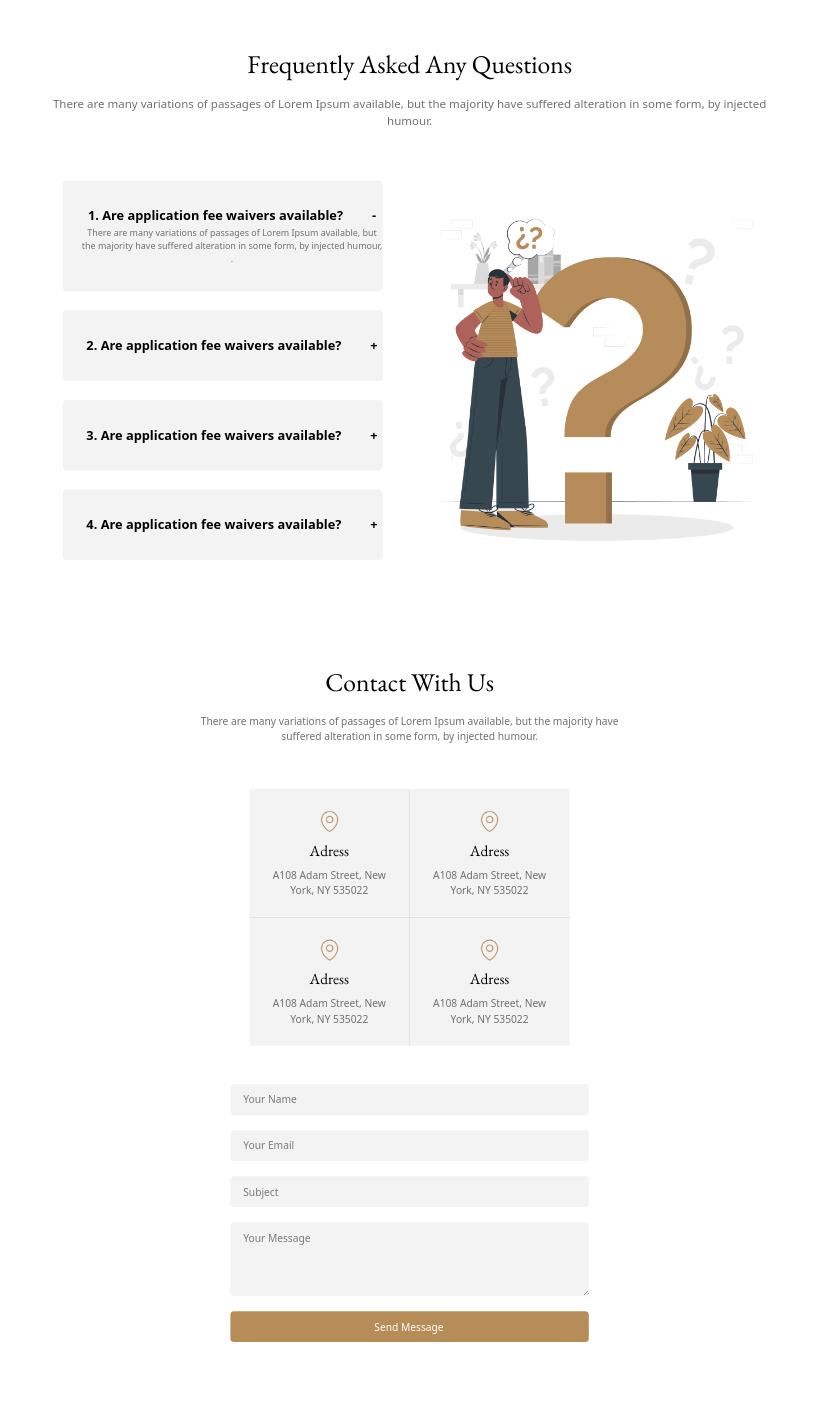
Repository: nahid-hasann/website-6
Page: index.html
The author's editor kept a copy of each file at every save. The page is drawn from the files as they stood at one save, then again after a run of saves.
The browser window is 1280 px wide. The pictures show the whole page, at 64% of full size.

Above is the page before, as saved 2025-07-22 22:36:39.

After the next 3 saves:
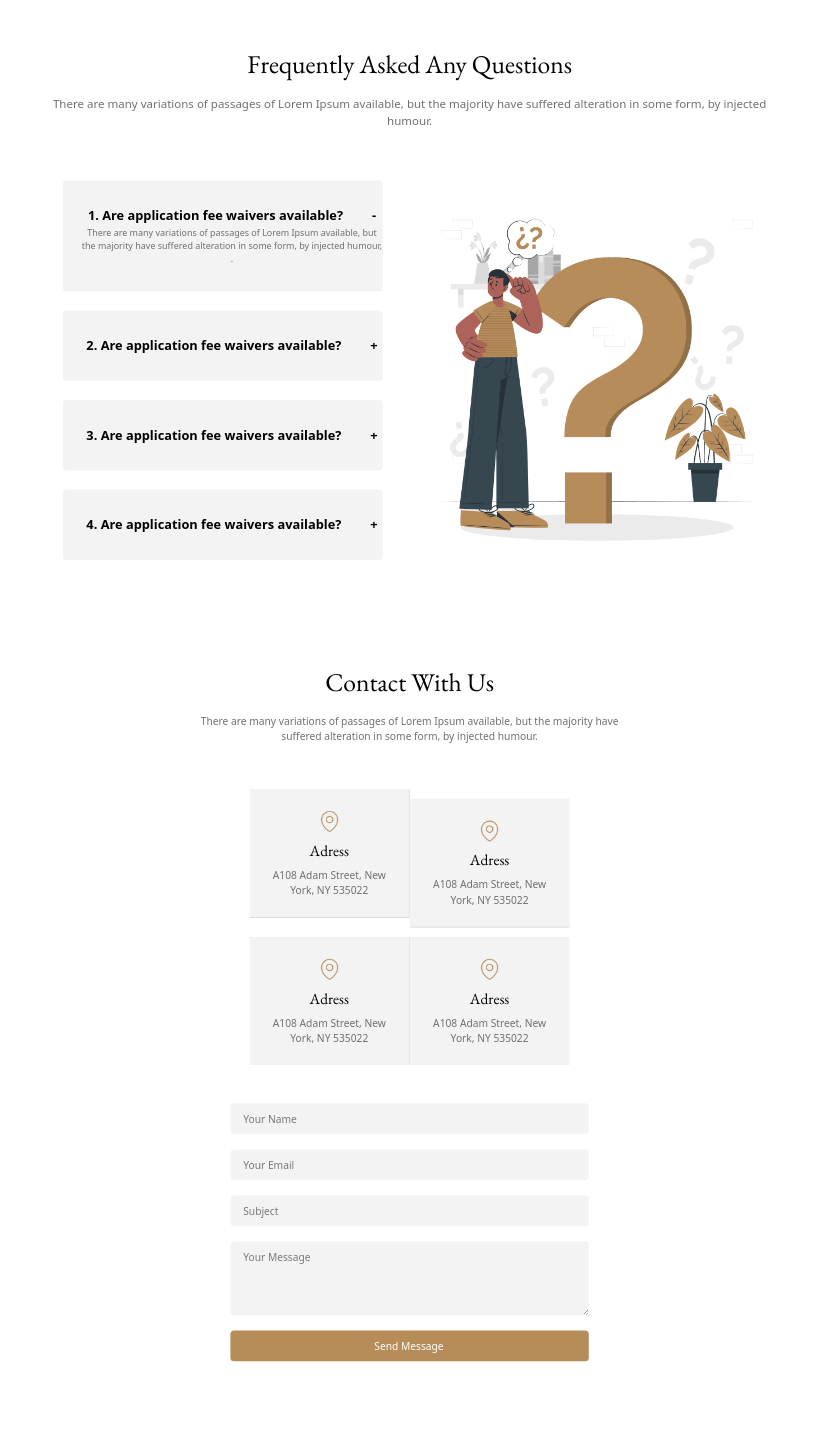
The 3 saves are shown as one change because they came seconds apart.
The last was saved 13 s later.
--- a/index.html
+++ b/index.html
@@ -132,7 +132,7 @@
             <div class="contact lg:flex lg:flex-col lg:justify-center lg:items-center lg:mx-auto  sm:flex sm:flex-col sm:justify-center sm:items-center mt-[70px]">
 
                  <div class="contact-info lg:grid lg:grid-cols-2 lg:mb-[60px] lg:justify-center lg:items-center lg:my-auto sm:w-[500px] sm:flex sm:justify-center sm:items-center sm:flex-col">
-                <div class="bg-[#f3f3f3]  p-[30px] flex flex-col justify-center items-center text-center lg:border-b lg:border-r lg:border-[#CFCFCF]">
+                <div class="bg-[#f3f3f3]  p-[30px] flex flex-col justify-center items-center text-center lg:border-b lg:border-r lg:border-[#CFCFCF] sm:mb-[30px]">
                     <img class="mx-auto" src="images/location.png" alt="">
                     <h1 class="eb-garamond-ok text-[24px] my-[8px]">Adress</h1>
                     <p class="text-[#707070]">A108 Adam Street, New York, NY 535022</p>

After the save that followed:
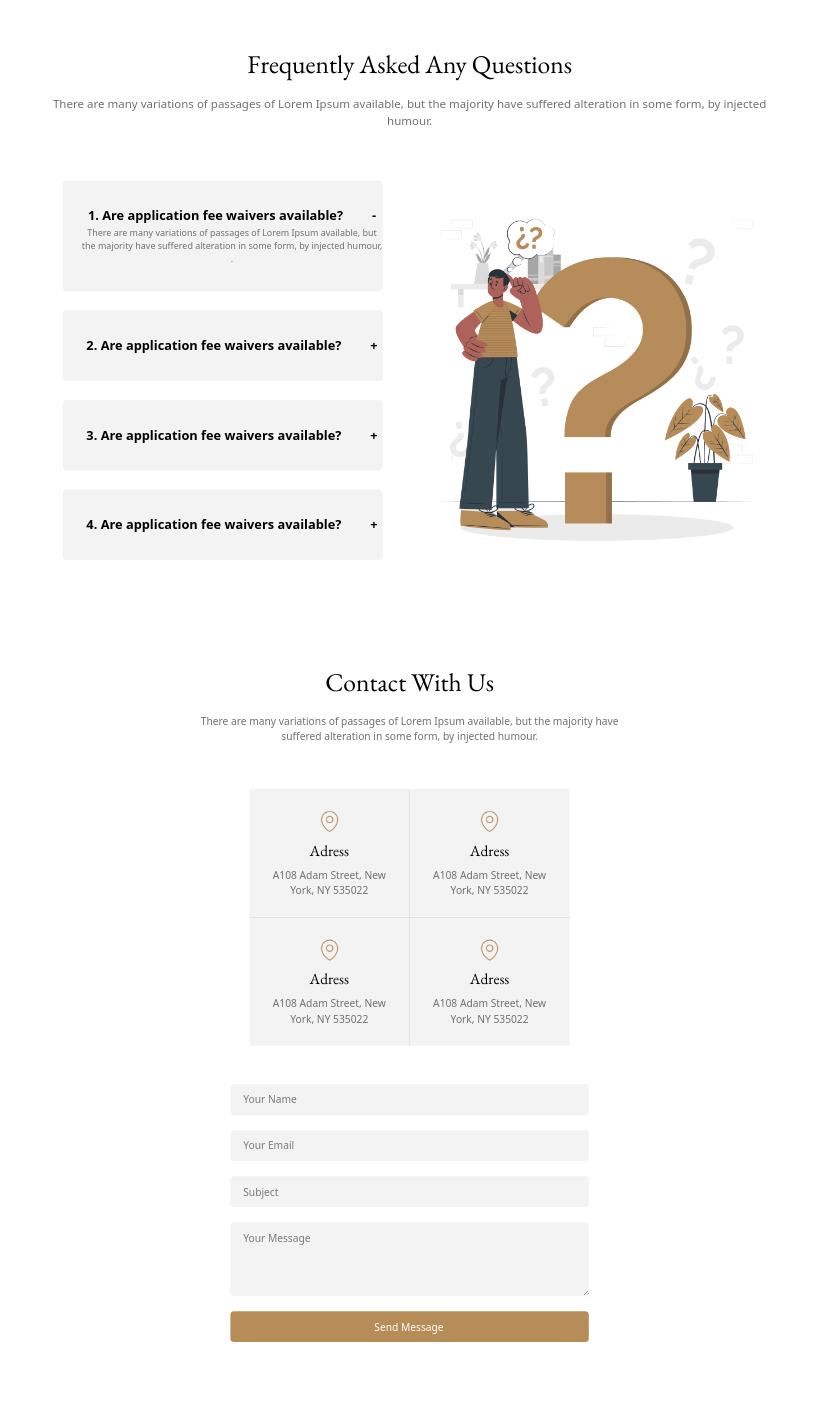
Saved 9 s later.
--- a/index.html
+++ b/index.html
@@ -132,7 +132,7 @@
             <div class="contact lg:flex lg:flex-col lg:justify-center lg:items-center lg:mx-auto  sm:flex sm:flex-col sm:justify-center sm:items-center mt-[70px]">
 
                  <div class="contact-info lg:grid lg:grid-cols-2 lg:mb-[60px] lg:justify-center lg:items-center lg:my-auto sm:w-[500px] sm:flex sm:justify-center sm:items-center sm:flex-col">
-                <div class="bg-[#f3f3f3]  p-[30px] flex flex-col justify-center items-center text-center lg:border-b lg:border-r lg:border-[#CFCFCF] sm:mb-[30px]">
+                <div class="bg-[#f3f3f3]  p-[30px] flex flex-col justify-center items-center text-center lg:border-b lg:border-r lg:border-[#CFCFCF] ">
                     <img class="mx-auto" src="images/location.png" alt="">
                     <h1 class="eb-garamond-ok text-[24px] my-[8px]">Adress</h1>
                     <p class="text-[#707070]">A108 Adam Street, New York, NY 535022</p>
